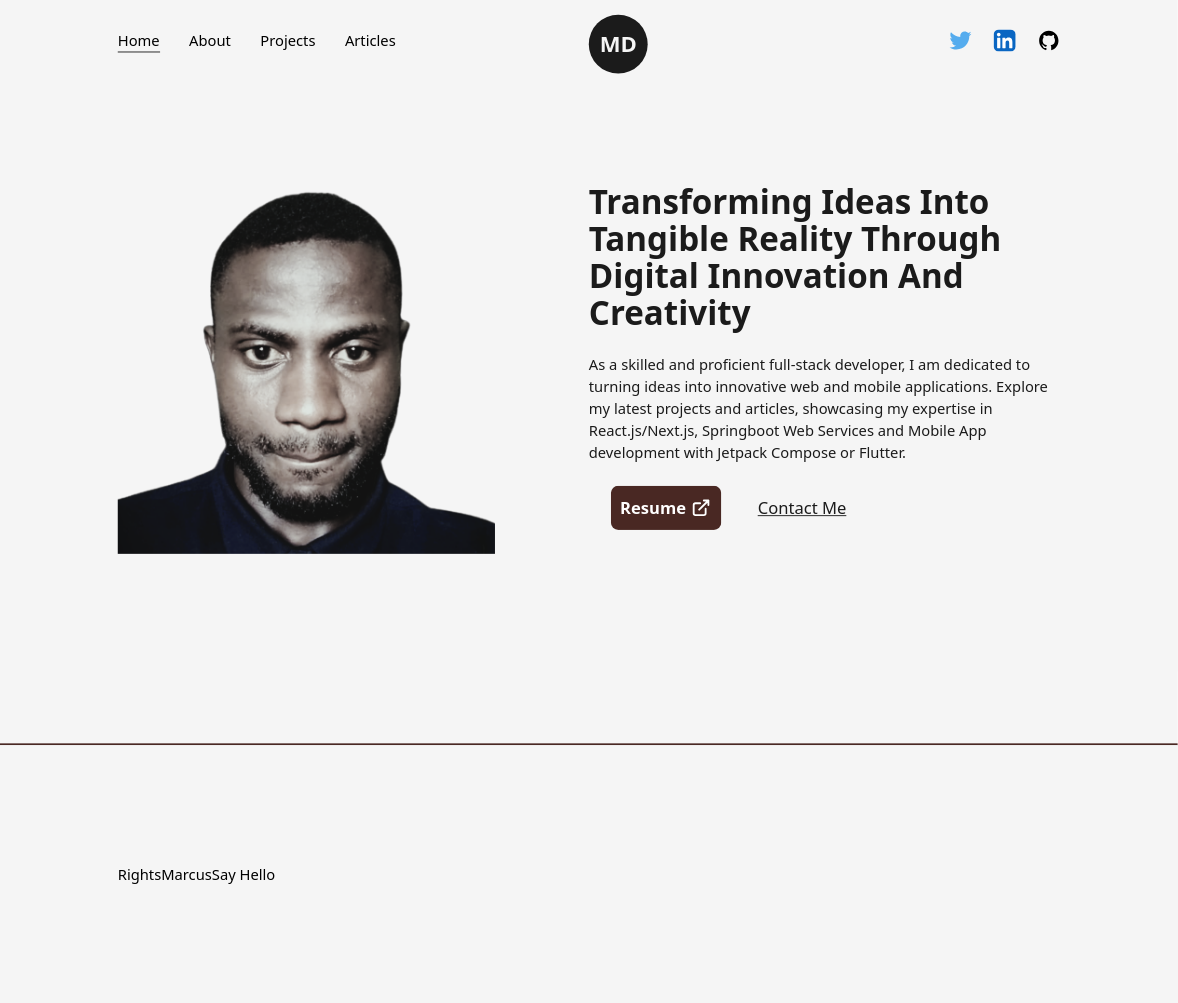
Repository: marcusdashe/situs
Page: /
An editor plug-in stored every save of this project. The page is shown before and after the next save, followed by the edit.
The browser window is 1280 px wide. The pictures show the whole page, at 92% of full size.
The project was rebuilt for these pictures with package versions that can differ from the ones it lists, and the page was loaded fresh each time. The framework's server and built-in components were replaced by stand-ins that run in the browser.

Above is the page before, as saved 2023-06-15 19:03:41.

After the next save:
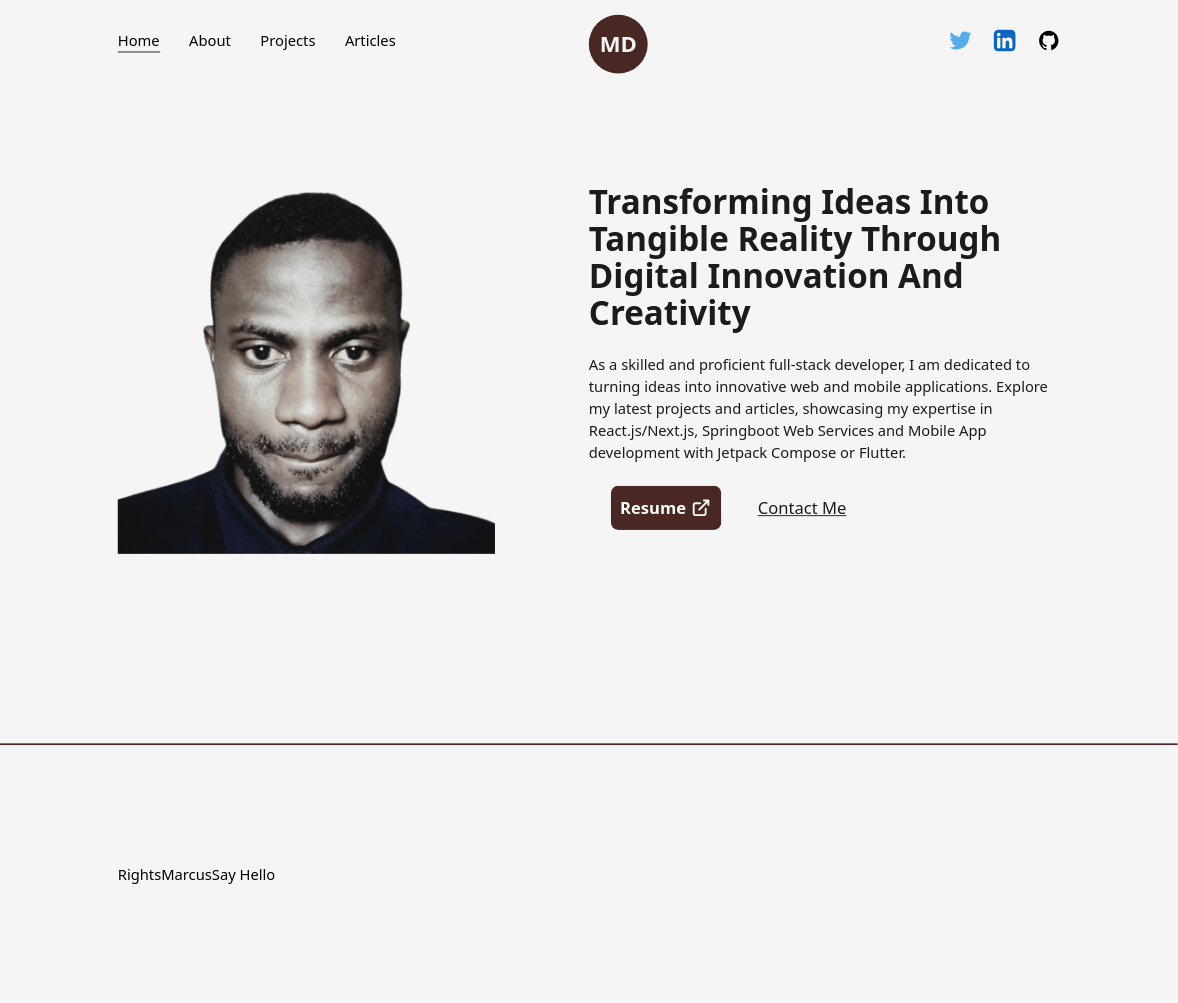
Saved 70 s later.
--- a/src/components/Logo.jsx
+++ b/src/components/Logo.jsx
@@ -11,7 +11,7 @@ const Logo = () => {
     <div className="flex items-center justify-center mt-2">
       <MotionLink
         href="/"
-        className="w-16 h-16 bg-dark text-light flex items-center
+        className="w-16 h-16 bg-primaryDark text-light flex items-center
         justify-center rounded-full text-2xl font-bold hover
       "
         whileHover={{
